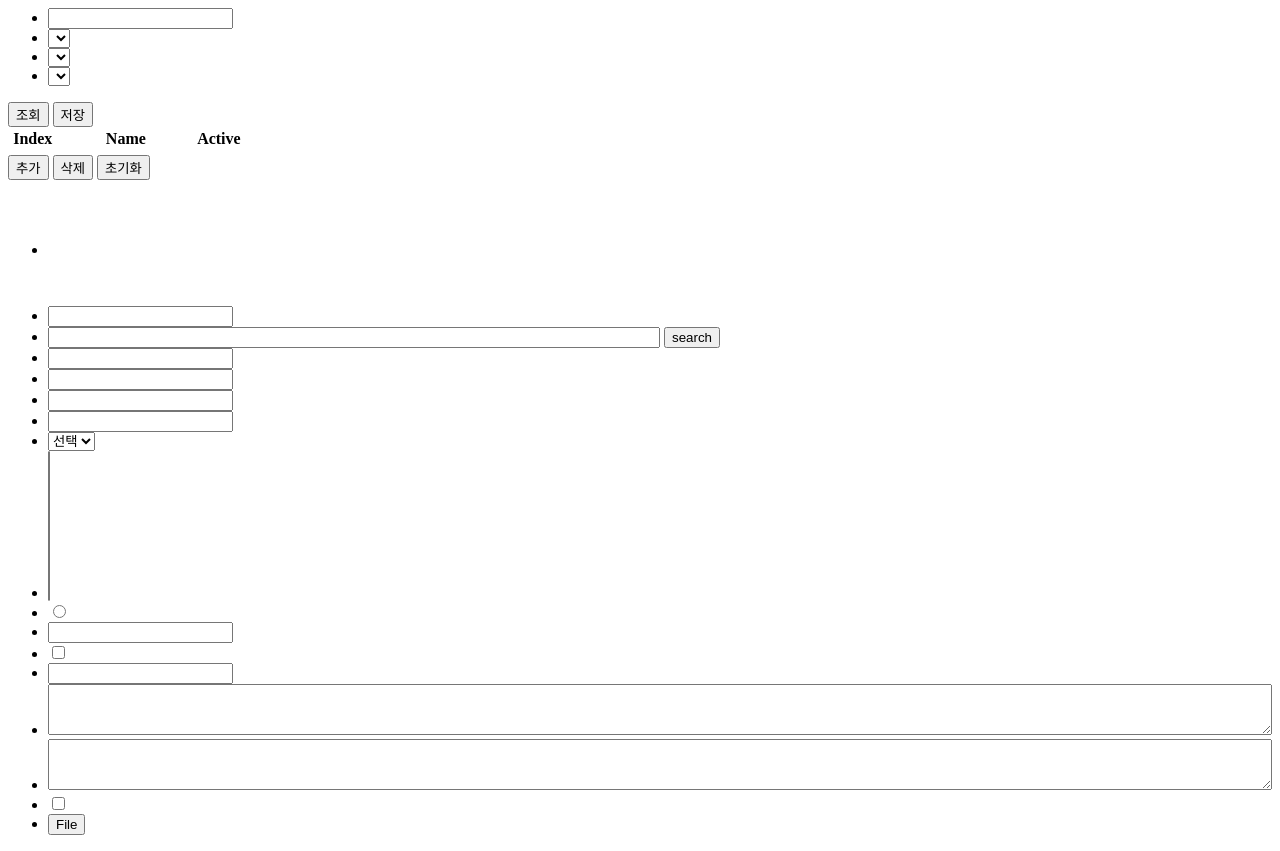
Repository: bbalganjjm/natural_js_boot
Page: src/main/resources/static/html/com/app/sample/type0401.html
These files come from the project's save history. The page is drawn as it stood at one moment and after the next save; the edit follows.
The browser window is 1280 px wide. The pictures show the whole page.

Above is the page before, as saved 2021-03-17 18:33:57.
Console error: ReferenceError: N is not defined

After the next save:
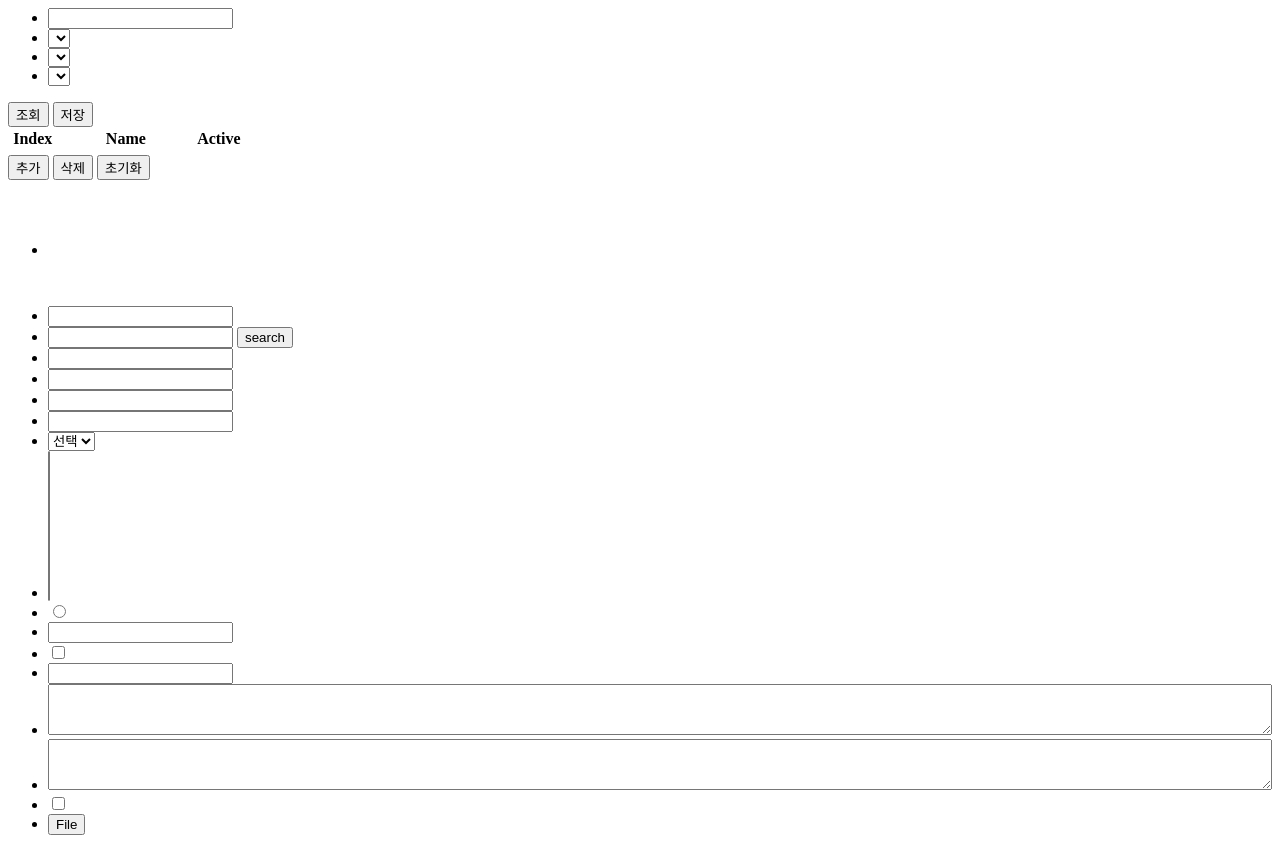
Saved 14 s later.
--- a/src/main/resources/static/html/com/app/sample/type0401.html
+++ b/src/main/resources/static/html/com/app/sample/type0401.html
@@ -56,7 +56,7 @@
                 </li>
                 <li>
                     <span>
-                        <input id="deptNm" type="text" data-validate='[["required"]]' style="width: 50%;" readonly="readonly">
+                        <input id="deptNm" type="text" data-validate='[["required"]]' readonly="readonly">
                         <button id="btnDept" class="mdc-icon-button mdc-icon-button--mini">search</button>
                     </span>
                 </li>
